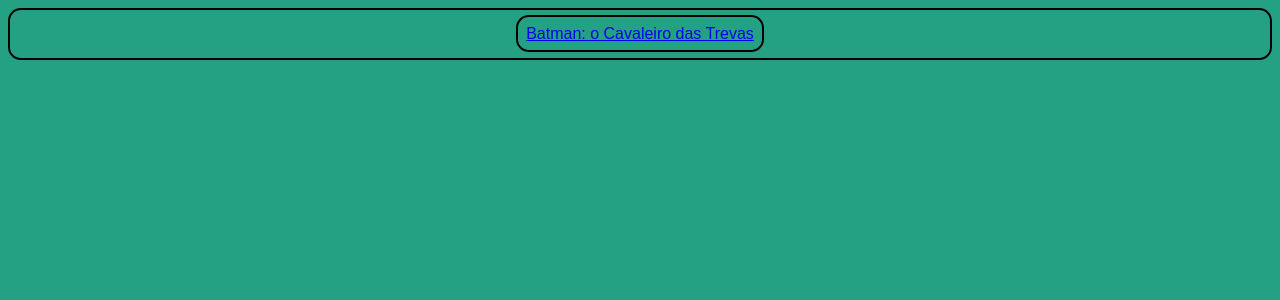
Repository: batmit/FutureFundation.github.io-1
Page: index/movies.html
The author's editor kept a copy of each file at every save. The page is drawn from the files as they stood at one save, then again after the next save.
The browser window is 1280 px wide. The pictures show the whole page.

Above is the page before, as saved 2021-10-08 11:37:00.

### index/movies.html
<!DOCTYPE html>
<html lang="en">
<head>
    <meta charset="UTF-8">
    <meta http-equiv="X-UA-Compatible" content="IE=edge">
    <meta name="viewport" content="width=device-width, initial-scale=1.0">
    <title>Movies</title>
    <link rel="stylesheet" href="/menu/main.css">
</head>
<body>

    <a href="https://drive.google.com/file/d/1dlrNHqw1eKT3vJAr12SkKJofWJCpGqJT/view?usp=sharing">Batman: o Cavaleiro das Trevas</a>



</body>
</html>

### menu/main.css
body{

    text-align: center;

    border: black 2px solid;

    border-radius: 0.8rem;

    font-family: 'Ubuntu', arial;

    background-color: rgb(36, 161, 130);


}

#articles {
    gap: 3px;
}

#all{

    background-color: rgb(223, 211, 211);

}


#codigo{
    text-align:left;

}


img{
    text-align: center;
    justify-content: center;

}

p{
    font-size: 20px;
    font-family: 'Ubuntu', arial;
}

a{
    border: 2px solid black;

    border-radius: 0.8rem;

    box-sizing: border-box;

    padding: 0.5rem;

    line-height:3rem;

    margin: 2px;


}

a:hover{

    background-color:#F0FFFF;

}

h1{

    margin-bottom: 3rem;

    color: rgb(177, 174, 17);

}

audio {
    -webkit-transition:all 0.5s linear;
    -moz-transition:all 0.5s linear;
    -o-transition:all 0.5s linear;
    transition:all 0.5s linear;
    -moz-box-shadow: 2px 2px 4px 0px #006773;
    -webkit-box-shadow:  2px 2px 4px 0px #006773;
    box-shadow: 2px 2px 4px 0px #006773;
    -moz-border-radius:7px 7px 7px 7px ;
    -webkit-border-radius:7px 7px 7px 7px ;
    border-radius:7px 7px 7px 7px ;
}

audio:hover, audio:focus, audio:active {

-webkit-box-shadow: 15px 15px 20px rgba(0,0, 0, 0.4);
-moz-box-shadow: 15px 15px 20px rgba(0,0, 0, 0.4);
box-shadow: 15px 15px 20px rgba(0,0, 0, 0.4);
-webkit-transform: scale(1.05);
-moz-transform: scale(1.05);
transform: scale(1.05);

}



@media (max-width: 900px) {


    a{

        display: block;
        line-height: 0.5rem;
        padding: 1rem;

    }

    #img{
        text-align: right;
    }

}

@media (prefers-color-scheme: dark) {
    #all{

        background-color: rgb(90, 73, 73);

    }

    h1{
        color: white
    }

    p{
        color: white;
    }

    a{
        background-color: aqua;
    }

    h3{
        color: white;
    }

    strong {
        color: white;
    }


}

After the next save:
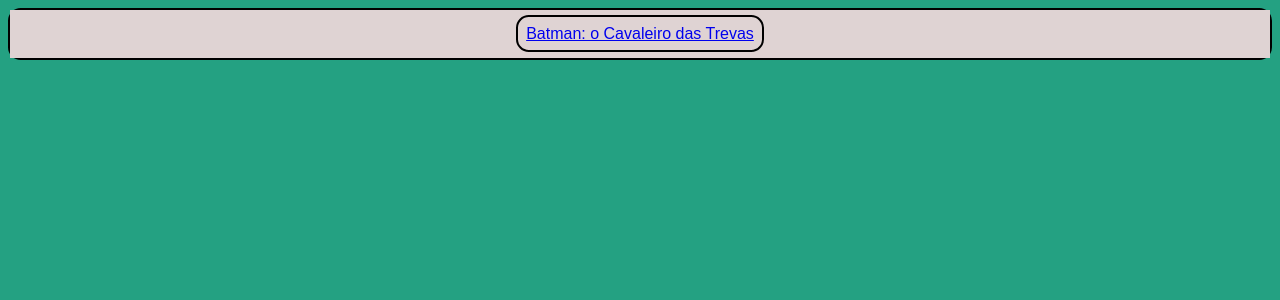
Saved 22 s later.
--- a/index/movies.html
+++ b/index/movies.html
@@ -8,8 +8,12 @@
     <link rel="stylesheet" href="/menu/main.css">
 </head>
 <body>
+    <div id="all">
 
-    <a href="https://drive.google.com/file/d/1dlrNHqw1eKT3vJAr12SkKJofWJCpGqJT/view?usp=sharing">Batman: o Cavaleiro das Trevas</a>
+        <a href="https://drive.google.com/file/d/1dlrNHqw1eKT3vJAr12SkKJofWJCpGqJT/view?usp=sharing">Batman: o Cavaleiro das Trevas</a>
+
+
+    </div>
 
 
 
